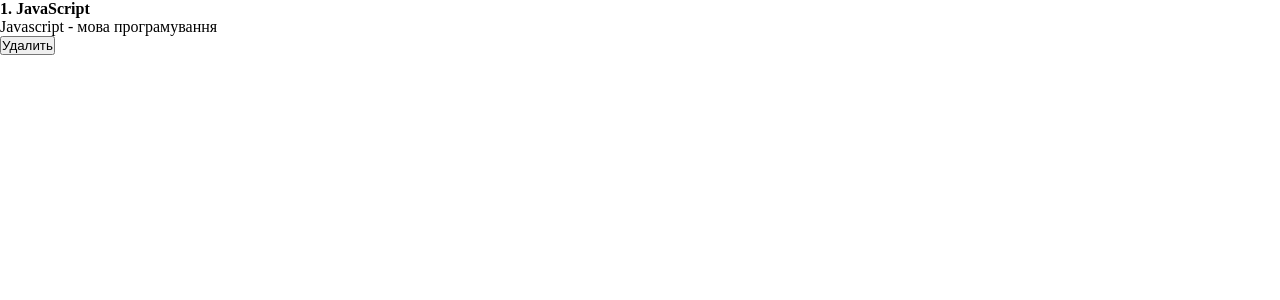
Repository: otvertka/ulb2_react
Page: / (app in jk_project/)
These files come from the project's save history. The page is drawn as it stood at one moment and after the next save; the edit follows.
The browser window is 1280 px wide. The pictures show the whole page.
The project was rebuilt for these pictures with package versions that can differ from the ones it lists, and the page was loaded fresh each time. Also part of the build but not shown: jk_project/src/component/Counter.jsx, jk_project/src/component/ClassCounter.jsx.

Above is the page before, as saved 2023-09-08 09:58:32.

### jk_project/public/index.html
<!DOCTYPE html>
<html lang="en">
  <head>
    <meta charset="utf-8" />

    <meta name="viewport" content="width=device-width, initial-scale=1" />

    <title>React App</title>
  </head>
  <body>
    <noscript>You need to enable JavaScript to run this app.</noscript>
    <div id="root"></div>
    <!-- Здесь будет приложение JS -->
  </body>
</html>

### jk_project/src/App.js
import React, { useState } from "react";
import Counter from "./component/Counter";
import ClassCounter from "./component/ClassCounter";
import classes from "./styles/App.css";

function App() {
  const [count, setCount] = useState(0);
  const [value, setValue] = useState("");

  function incr() {
    setCount(count + 1);
  }
  function decr() {
    setCount(count - 1);
  }
  function inpHandler(event) {
    setValue(event.target.value);
  }

  return (
    <div className="App">
      <div className="post">
        <div className="post__content">
          <strong>1. JavaScript</strong>
        </div>
        <div>Javascript - мова програмування</div>
      </div>
      <div className="post__btns">
        <button>Удалить</button>
      </div>
    </div>
  );
}

export default App;

### jk_project/src/styles/app.css
* {
  margin: 0;
  padding: 0;
  box-sizing: border-box;
}

#root {
  display: flex;
  justify-content: space-between;
}

.App {
  width: 800px;
}

Loaded but not shown: jk_project/src/index.js (common file)

After the next save:
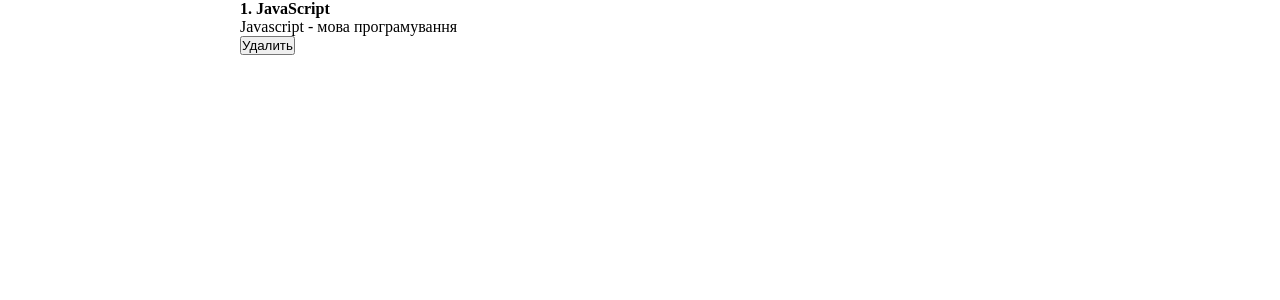
Saved 71 s later.
--- a/jk_project/src/styles/app.css
+++ b/jk_project/src/styles/app.css
@@ -6,7 +6,7 @@
 
 #root {
   display: flex;
-  justify-content: space-between;
+  justify-content: center;
 }
 
 .App {
